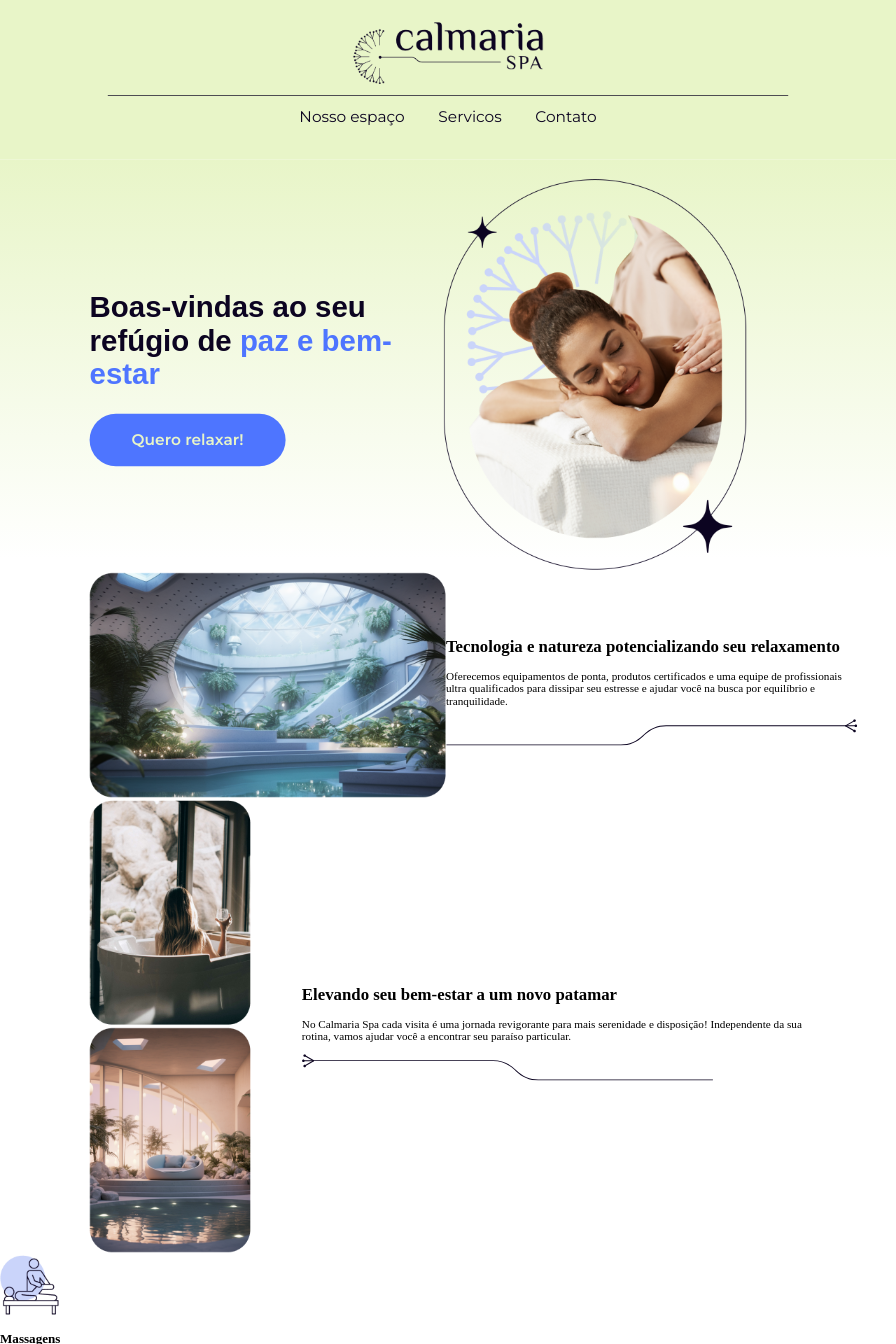
Repository: joaoPraiaJunior/curso-sass
Page: index.html
An editor plug-in stored every save of this project. The page is shown before and after the next save, followed by the edit.
The browser window is 1280 px wide. The pictures show the part of the page from y = 0 to 1920 px (the page is 3922 px tall), at 70% of full size.
Some web fonts or font styles are not loaded; a fallback is used. The style sheet was rebuilt from its Sass, Less or Tailwind sources for each picture, by a compiler version that may differ from the author's.

Above is the page before, as saved 2024-07-06 16:54:11.

After the next save:
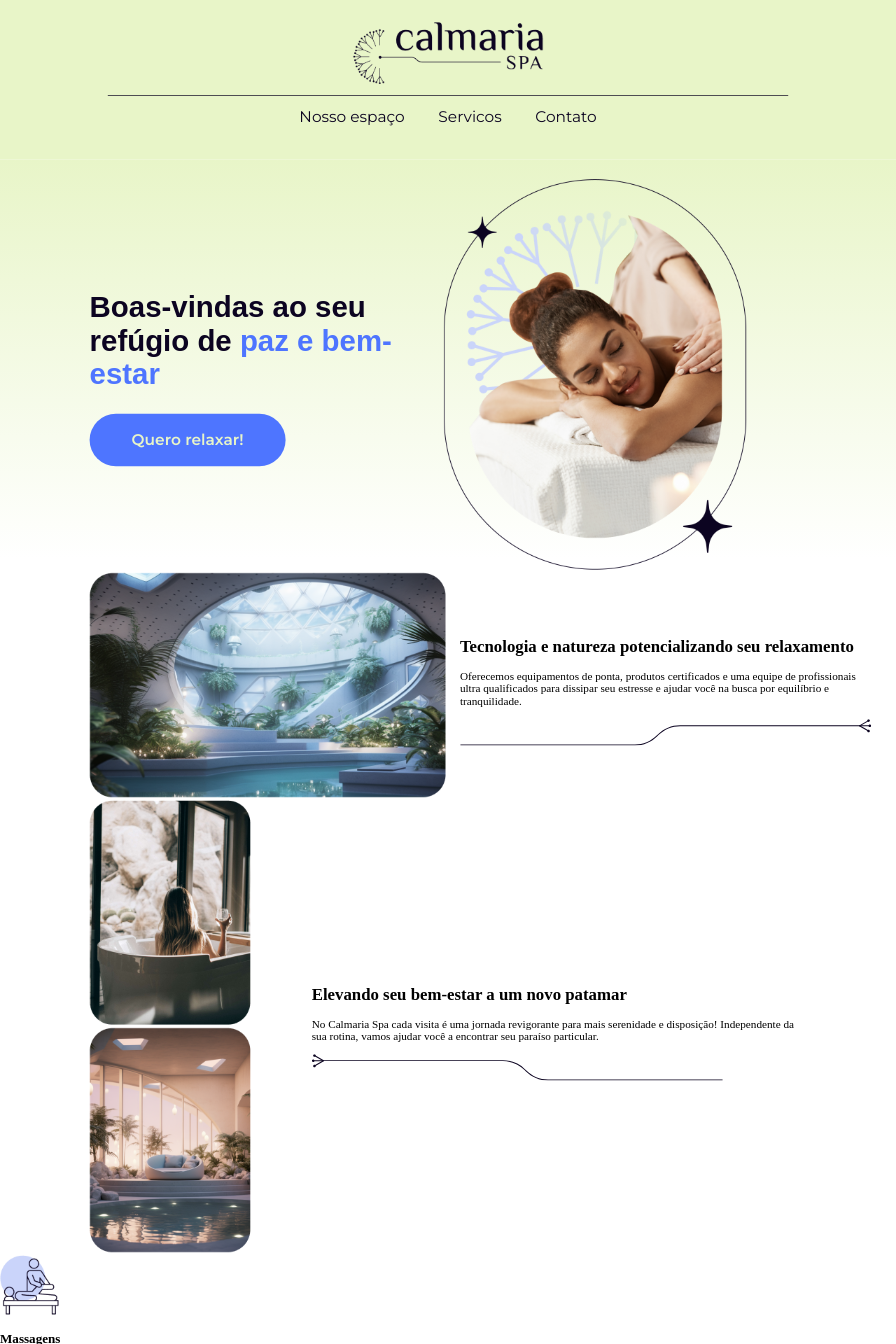
Saved 58 s later.
--- a/styles/components/_nosso-espaco.scss
+++ b/styles/components/_nosso-espaco.scss
@@ -7,5 +7,6 @@
         display: inline-flex;
         align-items: center;
         justify-content: space-around;
+        gap: 2rem;
     }
 }
